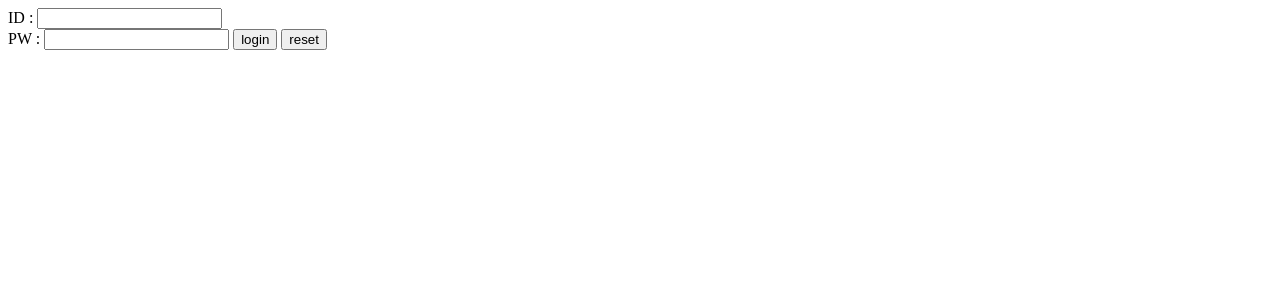
Repository: beenjh6088/jsp
Page: pro06/src/main/webapp/login2.html
An editor plug-in stored every save of this project. The page is shown before and after the next save, followed by the edit.
The browser window is 1280 px wide. The pictures show the whole page.

Above is the page before, as saved 2024-07-26 18:28:35.

After the next save:
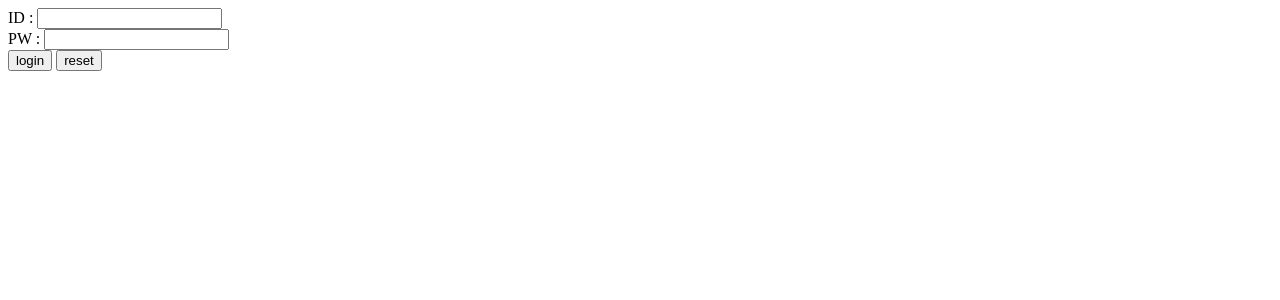
Saved 97 s later.
--- a/pro06/src/main/webapp/login2.html
+++ b/pro06/src/main/webapp/login2.html
@@ -21,9 +21,10 @@
 <body>
 	<form name="frmLogin" method="" action="" encType="UTF-8">
 		ID : <input type="text" name="user_id"><br>
-		PW : <input type="password" name="user_pw" />
-		<input type="submit" value="login"/>
+		PW : <input type="password" name="user_pw" /><br>
+		<input type="button" value="login" onClick="fn_validate()"/>
 		<input type="reset" value="reset"/>
+		<input type="hidden" name="user_address" value="seoul seongbook" />
 	</form>
 </body>
 </html>
